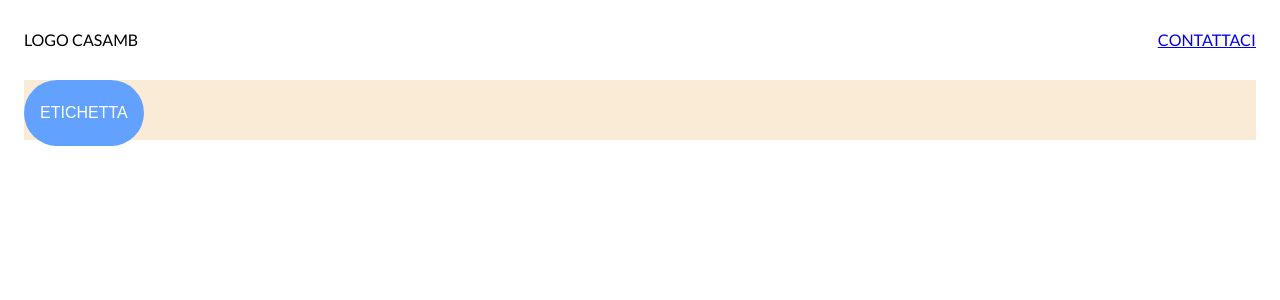
Repository: nicolorz/casamb
Page: /
These files come from the project's save history. The page is drawn as it stood at one moment and after the next save; the edit follows.
The browser window is 1280 px wide. The pictures show the whole page.
The project was rebuilt for these pictures with package versions that can differ from the ones it lists, and the page was loaded fresh each time. Also part of the build but not shown: src/index.css, src/App.css.

Above is the page before, as saved 2023-07-18 17:41:30.

After the next save:
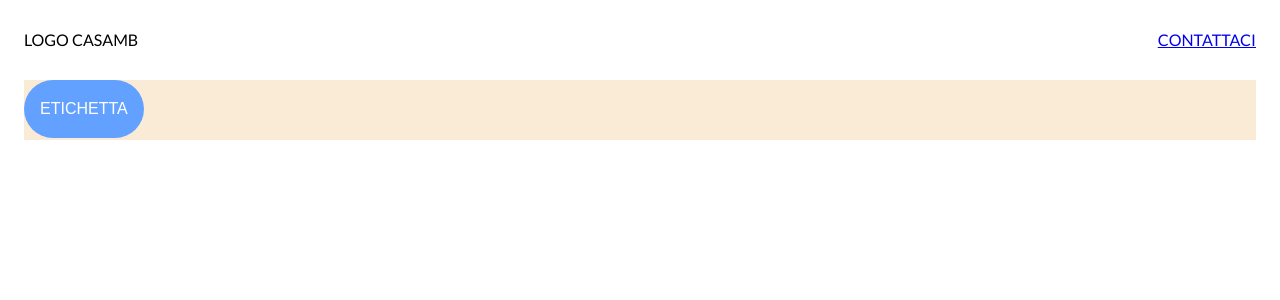
Saved 5 s later.
--- a/src/components/SortingBtn/Sortingbtn.css
+++ b/src/components/SortingBtn/Sortingbtn.css
@@ -1,7 +1,7 @@
 .sorting-btn {
     background-color: #62A1FF;
     color: #fff;
-    padding: 24px 16px;
+    padding: 20px 16px;
     border: none;
     border-radius: 50px;
     -webkit-border-radius: 50px;
